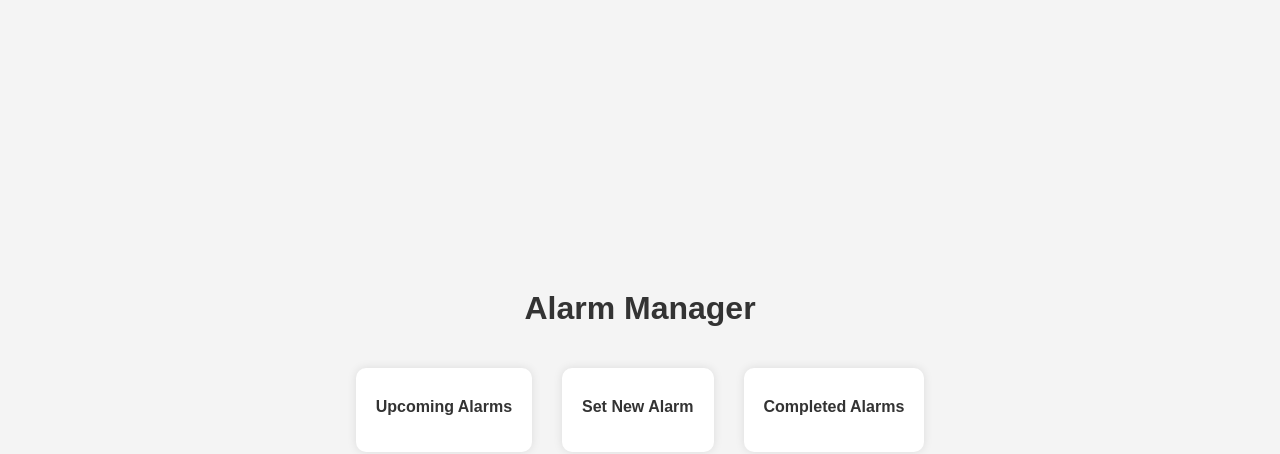
Repository: sarveshv9/Pill-Dispenser-Alert
Page: frontpage.html
These files come from the project's save history. The page is drawn as it stood at one moment and after the next save; the edit follows.
The browser window is 1280 px wide. The pictures show the whole page.
Some icons come from a web library that is not loaded, so they are not drawn.

Above is the page before, as saved 2025-03-08 18:12:20.

After the next save:
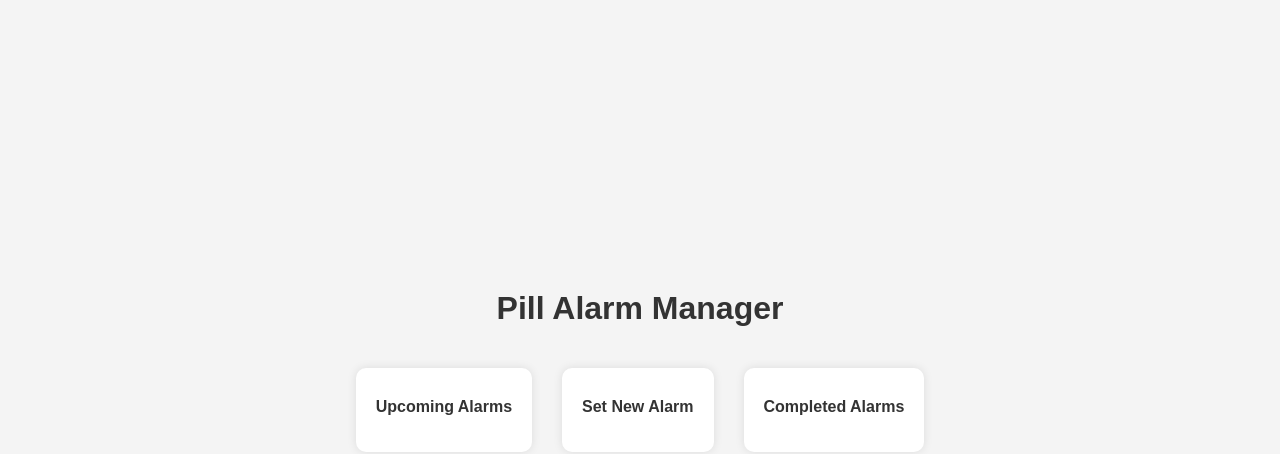
Saved 43 min 57 s later.
--- a/frontpage.html
+++ b/frontpage.html
@@ -53,7 +53,7 @@
 </head>
 <body>
 
-    <h1>Alarm Manager</h1>
+    <h1> Pill Alarm Manager</h1>
 
     <div class="container">
         <div class="icon-box" onclick="showUpcomingAlarms()">
